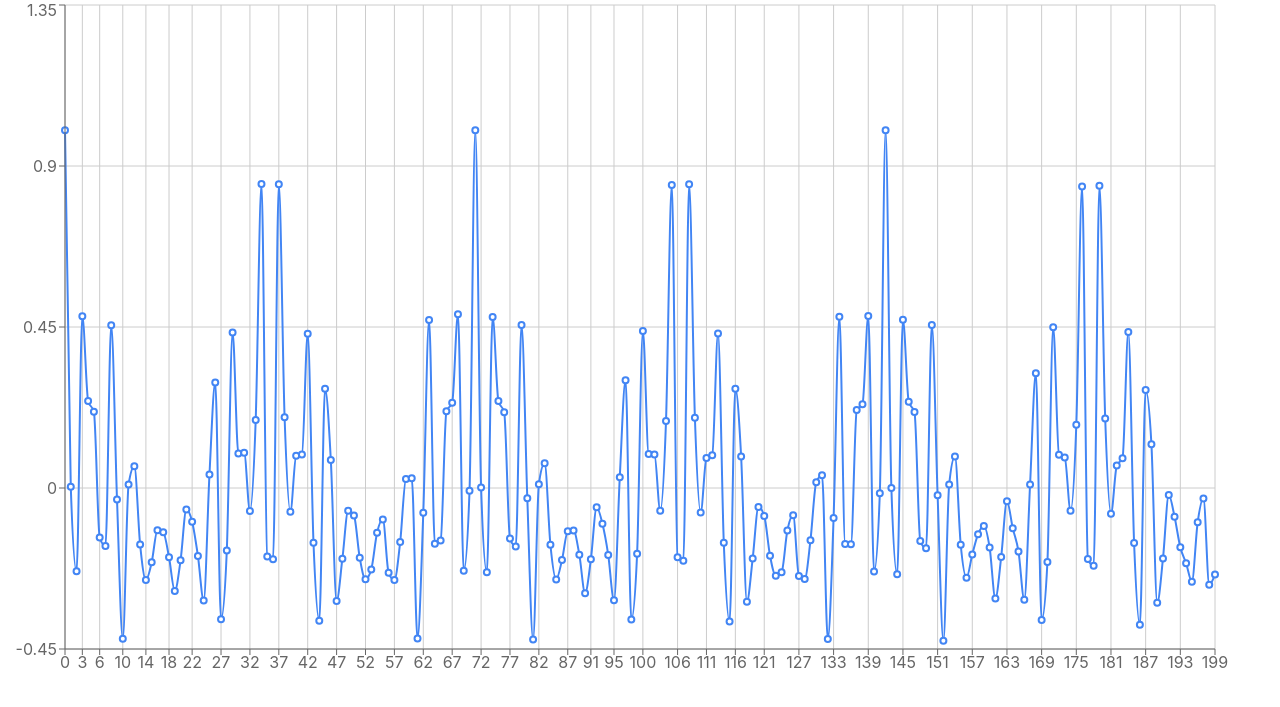
Repository: ivanburlakov/rts-labs
Page: / (app in lab1.2/)
These files come from the project's save history. The page is drawn as it stood at one moment and after the next save; the edit follows.
The browser window is 1280 px wide. The pictures show the whole page.
The project was rebuilt for these pictures with package versions that can differ from the ones it lists, and the page was loaded fresh each time.

Above is the page before, as saved 2021-04-23 14:43:33.

After the next save:
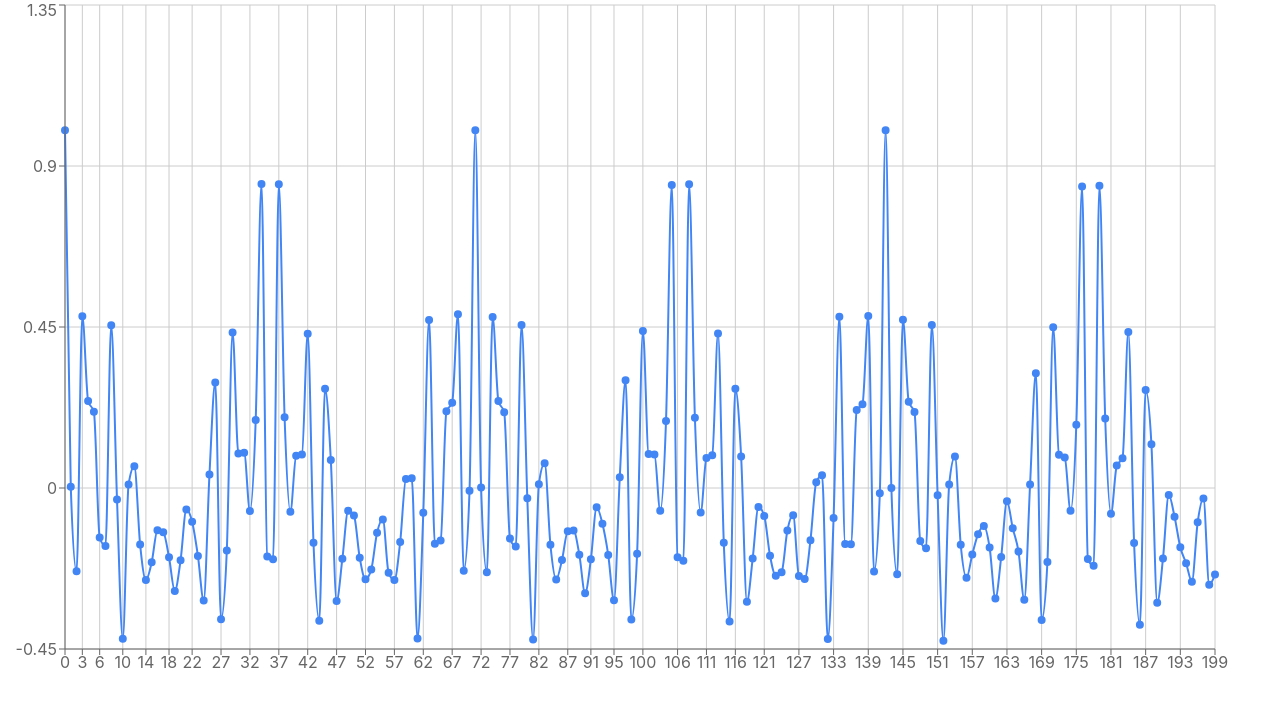
Saved 1 s later.
--- a/lab1.2/src/App.js
+++ b/lab1.2/src/App.js
@@ -111,6 +111,7 @@ function App() {
                 type="monotone"
                 dataKey="corr"
                 stroke="#4285F4"
+                fill="#4285F4"
                 strokeWidth={2}
               />
               <XAxis dataKey="iter" />
